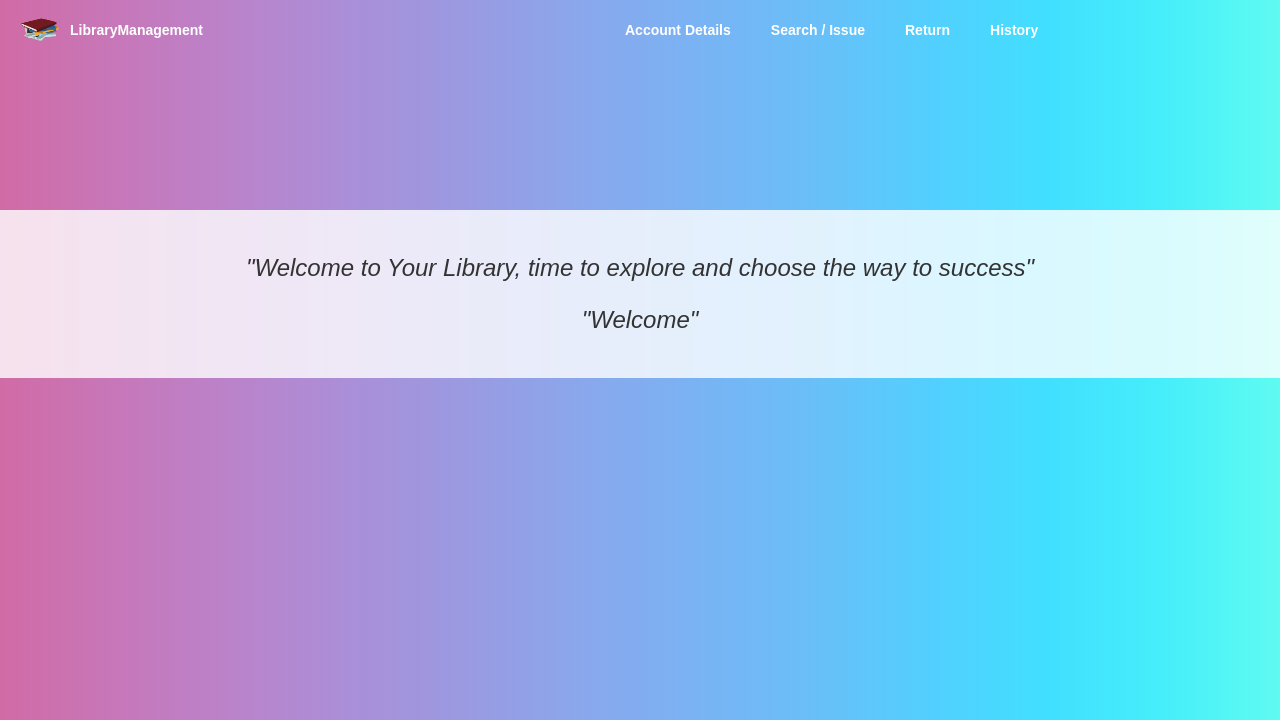
Repository: amitSai12/CMS
Page: http://localhost/LibraryManagementDemo/Menu2.jsp
These files come from the project's save history. The page is drawn as it stood at one moment and after the next save; the edit follows.
The browser window is 1280 px wide. The pictures show the whole page.
The page is served by Tomcat 9.

Above is the page before, as saved 2023-10-03 18:02:58.

After the next save:
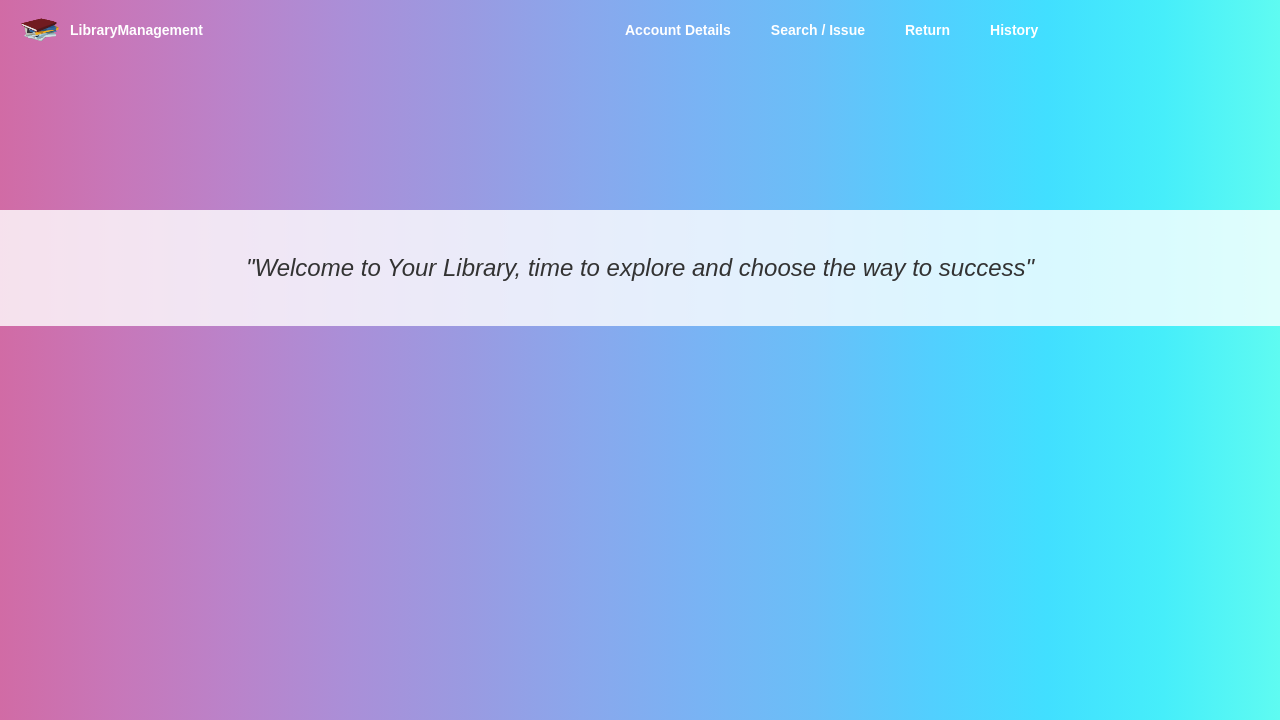
Saved 17 s later.
--- a/Day1_Thu/LibraryManagementDemo/src/main/webapp/Menu2.jsp
+++ b/Day1_Thu/LibraryManagementDemo/src/main/webapp/Menu2.jsp
@@ -33,9 +33,6 @@
             <blockquote class="quote">
                 "Welcome to Your Library, time to explore and choose the way to success"
             </blockquote>
-             <blockquote class="quote">
-                "Welcome"
-            </blockquote>
         </div>
 </body>
 </html>
